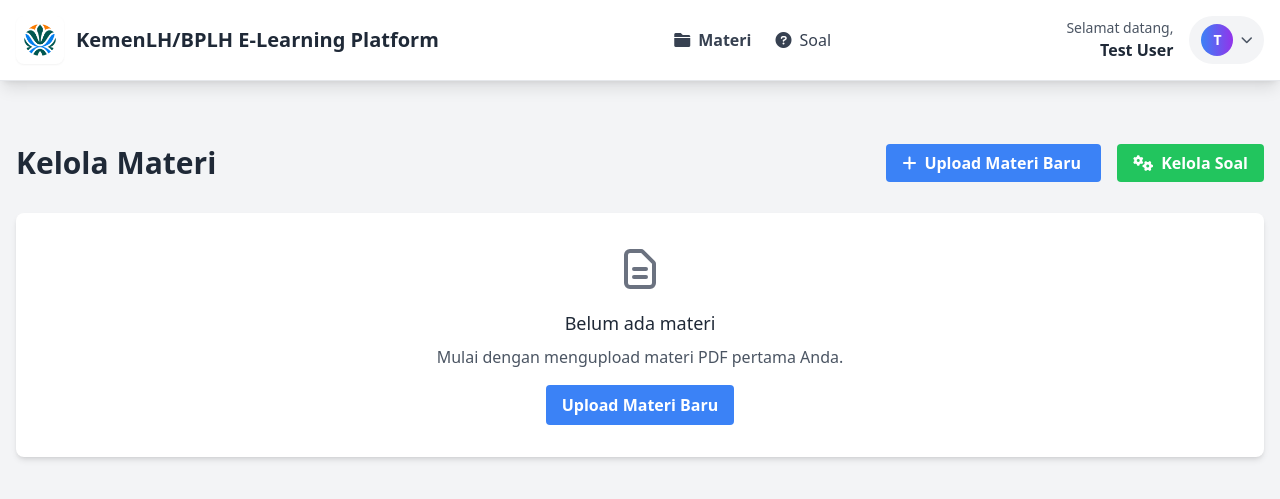
Repository: Autofat/LMS-MOOC
Page: http://localhost/materials
The author's editor kept a copy of each file at every save. The page is drawn from the files as they stood at one save, then again after the next save.
The browser window is 1280 px wide. The pictures show the whole page.
Some web libraries are served in a nearby version. The page is served by the project's Laravel application, run on PHP 8.4 with Laravel 12. A made-up administrator, Test User (test@example.com), is signed in. Other server files are loaded and not shown. Queries for data that is not in the repository find no rows.

Above is the page before, as saved 2025-08-01 10:26:41.

### routes/web.php
<?php

use Illuminate\Support\Facades\Route;
use Illuminate\Support\Facades\Http;
use App\Http\Controllers\QuestionController;
use App\Http\Controllers\MaterialController;
use App\Http\Controllers\AuthController;

// Redirect root to login
Route::get('/', function () {
    return redirect()->route('login');
});

// Authentication Routes
Route::middleware('guest')->group(function () {
    Route::get('/login', [AuthController::class, 'showLoginForm'])->name('login');
    Route::post('/login', [AuthController::class, 'login']);
    Route::get('/register', [AuthController::class, 'showRegisterForm'])->name('register');
    Route::post('/register', [AuthController::class, 'register']);
});

Route::post('/logout', [AuthController::class, 'logout'])->name('logout')->middleware('auth');

// Protected Routes - Require Authentication
Route::middleware('auth')->group(function () {
    // Material Routes
    Route::get('/materials', [MaterialController::class, 'index'])->name('materials.index');
    Route::get('/materials/create', [MaterialController::class, 'create'])->name('materials.create');
    Route::post('/materials', [MaterialController::class, 'store'])->name('materials.store');
    Route::get('/materials/{id}', [MaterialController::class, 'show'])->name('materials.show');
    Route::get('/materials/{id}/edit', [MaterialController::class, 'edit'])->name('materials.edit');
    Route::put('/materials/{id}', [MaterialController::class, 'update'])->name('materials.update');
    Route::delete('/materials/{id}', [MaterialController::class, 'destroy'])->name('materials.destroy');
    Route::get('/materials/{id}/download', [MaterialController::class, 'download'])->name('materials.download');
    Route::get('/materials/{id}/questions', [MaterialController::class, 'questions'])->name('materials.questions');

    // Generate Questions with n8n
    Route::post('/materials/{id}/generate-questions', [MaterialController::class, 'generateQuestions'])->name('materials.generate-questions');
    Route::post('/materials/{id}/generate-questions-async', [MaterialController::class, 'generateQuestionsAsync'])->name('materials.generate-questions-async');
    Route::get('/materials/{id}/test-n8n', [MaterialController::class, 'testN8nConnection'])->name('materials.test-n8n');

    // Form Manual Input
    Route::get('/questions/create', [QuestionController::class, 'create'])->name('questions.create');
    Route::post('/questions', [QuestionController::class, 'store'])->name('questions.store');

    // Manage and Edit Questions
    Route::get('/questions/manage', [QuestionController::class, 'manage'])->name('questions.manage');
    Route::get('/questions/{id}/edit', [QuestionController::class, 'edit'])->name('questions.edit');
    Route::put('/questions/{id}', [QuestionController::class, 'update'])->name('questions.update');
    Route::delete('/questions/{id}', [QuestionController::class, 'destroy'])->name('questions.destroy');
});

// Debug route for testing n8n connection (protected)
Route::middleware('auth')->get('/test-n8n-connection', function () {
    try {
        $testData = [
            'action' => 'test_connection',
            'timestamp' => now()->toISOString(),
            'message' => 'Laravel connection test'
        ];

        $n8nUrl = env('N8N_GENERATE_QUESTIONS_URL', 'http://localhost:5678/webhook/generate-questions');

        $response = Http::timeout(120)
            ->retry(2, 100)
            ->withOptions([
                'verify' => false,
                'allow_redirects' => true,
                'http_errors' => false
            ])
            ->post($n8nUrl, $testData);

        return response()->json([
            'success' => true,
            'message' => 'n8n connection test completed',
            'url' => $n8nUrl,
            'request_data' => $testData,
            'response' => [
                'status' => $response->status(),
                'headers' => $response->headers(),
                'body' => $response->body(),
                'successful' => $response->successful()
            ]
        ]);

    } catch (\Exception $e) {
        return response()->json([
            'success' => false,
            'error' => $e->getMessage(),
            'error_class' => get_class($e)
        ], 500);
    }
})->name('test.n8n.connection');

### app/Models/Material.php
<?php

namespace App\Models;

use Illuminate\Database\Eloquent\Model;

class Material extends Model
{
    protected $fillable = [
        'title',
        'description',
        'file_path',
        'file_name',
        'file_size',
        'category',
        'is_active'
    ];

    protected $casts = [
        'is_active' => 'boolean',
    ];

    /**
     * Get the questions for this material.
     */
    public function questions()
    {
        return $this->hasMany(Question::class);
    }

    /**
     * Get file size in human readable format
     */
    public function getFileSizeHumanAttribute()
    {
        $bytes = $this->file_size;
        $units = ['B', 'KB', 'MB', 'GB'];

        for ($i = 0; $bytes > 1024 && $i < count($units) - 1; $i++) {
            $bytes /= 1024;
        }

        return round($bytes, 2) . ' ' . $units[$i];
    }
}

### app/Models/Question.php
<?php

namespace App\Models;

use Illuminate\Database\Eloquent\Model;

class Question extends Model
{
    protected $fillable = [
        'material_id',
        'question',
        'options',
        'answer',
        'explanation',
        'difficulty'
    ];

    protected $casts = [
        'options' => 'array',
    ];

    /**
     * Set difficulty to lowercase
     */
    public function setDifficultyAttribute($value)
    {
        $this->attributes['difficulty'] = $value ? strtolower($value) : null;
    }

    /**
     * Get difficulty with proper case
     */
    public function getDifficultyAttribute($value)
    {
        if (!$value) return null;

        // Capitalize first letter for display
        return ucfirst($value);
    }

    /**
     * Get the material that owns this question.
     */
    public function material()
    {
        return $this->belongsTo(Material::class);
    }
}

### resources/views/materials/index.blade.php
<!DOCTYPE html>
<html lang="en">

<head>
    <meta charset="UTF-8">
    <meta name="viewport" content="width=device-width, initial-scale=1.0">
    <title>Kelola Materi - Pembuatan Soal AI Generated KemenLH/BPLH</title>
    <script src="https://cdn.tailwindcss.com"></script>
    <!-- Font Awesome -->
    <link href="https://cdnjs.cloudflare.com/ajax/libs/font-awesome/6.0.0/css/all.min.css" rel="stylesheet">
</head>

<body class="bg-gray-100 min-h-screen">
    <!-- Include Navigation Bar -->
    @include('components.navbar')

    <div class="container mx-auto px-4 py-8">
        <div class="flex justify-between items-center mb-8">
            <h1 class="text-3xl font-bold text-gray-800">Kelola Materi</h1>
            <div class="space-x-4">
                <a href="{{ route('materials.create') }}"
                    class="bg-blue-500 hover:bg-blue-700 text-white font-bold py-2 px-4 rounded transition-colors">
                    <i class="fas fa-plus mr-2"></i>Upload Materi Baru
                </a>
                <a href="{{ route('questions.manage') }}"
                    class="bg-green-500 hover:bg-green-700 text-white font-bold py-2 px-4 rounded transition-colors">
                    <i class="fas fa-cogs mr-2"></i>Kelola Soal
                </a>
            </div>
        </div>

        @if ($materials->count() > 0)
            <div class="grid grid-cols-1 md:grid-cols-2 lg:grid-cols-3 gap-6">
                @foreach ($materials as $material)
                    <div class="bg-white rounded-lg shadow-md overflow-hidden hover:shadow-lg transition-shadow">
                        <div class="p-6">
                            <div class="flex items-center justify-between mb-4">
                                <h3 class="text-xl font-semibold text-gray-800 truncate">
                                    {{ $material->title }}
                                </h3>
                                @if ($material->category)
                                    <span class="bg-blue-100 text-blue-800 text-xs px-2 py-1 rounded-full">
                                        {{ $material->category }}
                                    </span>
                                @endif
                            </div>

                            @if ($material->description)
                                <p class="text-gray-600 text-sm mb-4 line-clamp-3">
                                    {{ $material->description }}
                                </p>
                            @endif

                            <div class="flex items-center text-sm text-gray-500 mb-4">
                                <svg class="w-4 h-4 mr-1" fill="none" stroke="currentColor" viewBox="0 0 24 24">
                                    <path stroke-linecap="round" stroke-linejoin="round" stroke-width="2"
                                        d="M9 12h6m-6 4h6m2 5H7a2 2 0 01-2-2V5a2 2 0 012-2h5.586a1 1 0 01.707.293l5.414 5.414a1 1 0 01.293.707V19a2 2 0 01-2 2z">
                                    </path>
                                </svg>
                                {{ $material->file_name }}
                            </div>

                            <div class="flex items-center justify-between text-sm text-gray-500 mb-4">
                                <span>{{ $material->file_size_human }}</span>
                                <span>{{ $material->questions_count }} soal</span>
                            </div>

                            <div class="text-xs text-gray-400 mb-4">
                                Upload: {{ $material->created_at->format('d M Y H:i') }}
                            </div>

                            <div class="flex space-x-2">
                                <a href="{{ route('materials.show', $material->id) }}"
                                    class="flex-1 bg-blue-500 hover:bg-blue-600 text-white text-center py-2 px-3 rounded text-sm">
                                    Detail
                                </a>
                                <a href="{{ route('materials.download', $material->id) }}"
                                    class="flex-1 bg-green-500 hover:bg-green-600 text-white text-center py-2 px-3 rounded text-sm">
                                    Download
                                </a>
                                <a href="{{ route('materials.edit', $material->id) }}"
                                    class="bg-yellow-500 hover:bg-yellow-600 text-white py-2 px-3 rounded text-sm">
                                    Edit
                                </a>
                                <form method="POST" action="{{ route('materials.destroy', $material->id) }}"
                                    onsubmit="return confirm('Yakin ingin menghapus materi ini?')" class="inline">
                                    @csrf
                                    @method('DELETE')
                                    <button type="submit"
                                        class="bg-red-500 hover:bg-red-600 text-white py-2 px-3 rounded text-sm">
                                        Hapus
                                    </button>
                                </form>
                            </div>
                        </div>
                    </div>
                @endforeach
            </div>
    </div>

    <!-- Pagination -->
    @if ($materials->hasPages())
        <div class="mt-8">
            {{ $materials->links() }}
        </div>
    @endif
@else
    <div class="bg-white shadow-md rounded-lg p-8 text-center">
        <div class="text-gray-500 mb-4">
            <svg class="mx-auto h-12 w-12" fill="none" viewBox="0 0 24 24" stroke="currentColor">
                <path stroke-linecap="round" stroke-linejoin="round" stroke-width="2"
                    d="M9 12h6m-6 4h6m2 5H7a2 2 0 01-2-2V5a2 2 0 012-2h5.586a1 1 0 01.707.293l5.414 5.414a1 1 0 01.293.707V19a2 2 0 01-2 2z" />
            </svg>
        </div>
        <h3 class="text-lg font-medium text-gray-800 mb-2">Belum ada materi</h3>
        <p class="text-gray-600 mb-4">Mulai dengan mengupload materi PDF pertama Anda.</p>

        <a href="{{ route('materials.create') }}"
            class="inline-block bg-blue-500 hover:bg-blue-700 text-white font-bold py-2 px-4 rounded">
            Upload Materi Baru
        </a>
    </div>
    @endif
    </div>
</body>

</html>

### resources/views/components/navbar.blade.php
<!-- Navigation Bar -->
<nav class="bg-white shadow-lg border-b border-gray-200 mb-8">
    <div class="container mx-auto px-4">
        <div class="flex justify-between items-center py-4">
            <!-- Logo/Brand -->
            <div class="flex items-center space-x-3">
                <div class="bg-white p-2 rounded-lg shadow-sm">
                    <img src="{{ asset('images/kemenlh-logo.png') }}" alt="KemenLH/BPLH Logo" class="w-8 h-8 object-contain">
                </div>
                <div>
                    <h1 class="text-xl font-bold text-gray-800">KemenLH/BPLH E-Learning Platform</h1>
                </div>
            </div>

            <!-- Navigation Links -->
            <div class="hidden md:flex items-center space-x-6">
                <a href="{{ route('materials.index') }}"
                   class="flex items-center space-x-2 text-gray-700 hover:text-blue-600 transition-colors {{ request()->routeIs('materials.*') ? 'text-blue-600 font-semibold' : '' }}">
                    <i class="fas fa-folder"></i>
                    <span>Materi</span>
                </a>
                <a href="{{ route('questions.manage') }}"
                   class="flex items-center space-x-2 text-gray-700 hover:text-blue-600 transition-colors {{ request()->routeIs('questions.*') ? 'text-blue-600 font-semibold' : '' }}">
                    <i class="fas fa-question-circle"></i>
                    <span>Soal</span>
                </a>
            </div>

            <!-- User Menu -->
            <div class="flex items-center space-x-4">
                <!-- Welcome Message -->
                <div class="hidden lg:block text-right">
                    <p class="text-sm text-gray-600">Selamat datang,</p>
                    <p class="font-semibold text-gray-800">{{ Auth::user()->name }}</p>
                </div>

                <!-- User Avatar -->
                <div class="relative">
                    <button id="userMenuButton" class="flex items-center space-x-2 bg-gray-100 hover:bg-gray-200 rounded-full px-3 py-2 transition-colors">
                        <div class="w-8 h-8 bg-gradient-to-r from-blue-500 to-purple-600 rounded-full flex items-center justify-center text-white font-semibold text-sm">
                            {{ strtoupper(substr(Auth::user()->name, 0, 1)) }}
                        </div>
                        <i class="fas fa-chevron-down text-gray-600 text-xs"></i>
                    </button>

                    <!-- Dropdown Menu -->
                    <div id="userDropdown" class="hidden absolute right-0 mt-2 w-48 bg-white border border-gray-200 rounded-lg shadow-lg z-50">
                        <div class="py-2">
                            <div class="px-4 py-2 border-b border-gray-100">
                                <p class="text-sm font-semibold text-gray-800">{{ Auth::user()->name }}</p>
                                <p class="text-xs text-gray-600">{{ Auth::user()->email }}</p>
                            </div>
                            <a href="{{ route('materials.index') }}" class="block px-4 py-2 text-sm text-gray-700 hover:bg-gray-100 transition-colors">
                                <i class="fas fa-folder mr-2"></i>Dashboard
                            </a>
                            <a href="{{ route('test.n8n.connection') }}" class="block px-4 py-2 text-sm text-gray-700 hover:bg-gray-100 transition-colors">
                                <i class="fas fa-plug mr-2"></i>Test n8n
                            </a>
                            <div class="border-t border-gray-100 mt-2 pt-2">
                                <form method="POST" action="{{ route('logout') }}" class="block">
                                    @csrf
                                    <button type="submit" class="w-full text-left px-4 py-2 text-sm text-red-600 hover:bg-red-50 transition-colors">
                                        <i class="fas fa-sign-out-alt mr-2"></i>Logout
                                    </button>
                                </form>
                            </div>
                        </div>
                    </div>
                </div>
            </div>

            <!-- Mobile Menu Button -->
            <div class="md:hidden">
                <button id="mobileMenuButton" class="text-gray-700 hover:text-blue-600 transition-colors">
                    <i class="fas fa-bars text-xl"></i>
                </button>
            </div>
        </div>

        <!-- Mobile Menu -->
        <div id="mobileMenu" class="hidden md:hidden border-t border-gray-200 py-4">
            <div class="space-y-2">
                <a href="{{ route('materials.index') }}" class="block py-2 text-gray-700 hover:text-blue-600 transition-colors {{ request()->routeIs('materials.*') ? 'text-blue-600 font-semibold' : '' }}">
                    <i class="fas fa-folder mr-2"></i>Materi
                </a>
                <a href="{{ route('questions.manage') }}" class="block py-2 text-gray-700 hover:text-blue-600 transition-colors {{ request()->routeIs('questions.*') ? 'text-blue-600 font-semibold' : '' }}">
                    <i class="fas fa-question-circle mr-2"></i>Soal
                </a>
                <a href="{{ route('test.n8n.connection') }}" class="block py-2 text-gray-700 hover:text-blue-600 transition-colors">
                    <i class="fas fa-plug mr-2"></i>Test n8n
                </a>
                <div class="border-t border-gray-200 pt-2 mt-2">
                    <form method="POST" action="{{ route('logout') }}">
                        @csrf
                        <button type="submit" class="w-full text-left py-2 text-red-600 hover:text-red-800 transition-colors">
                            <i class="fas fa-sign-out-alt mr-2"></i>Logout
                        </button>
                    </form>
                </div>
            </div>
        </div>
    </div>
</nav>

<!-- Success/Error Messages -->
@if(session('success'))
    <div class="container mx-auto px-4 mb-6">
        <div class="bg-green-100 border border-green-400 text-green-700 px-4 py-3 rounded-lg shadow-sm">
            <div class="flex items-center">
                <i class="fas fa-check-circle mr-2"></i>
                {{ session('success') }}
            </div>
        </div>
    </div>
@endif

@if(session('error'))
    <div class="container mx-auto px-4 mb-6">
        <div class="bg-red-100 border border-red-400 text-red-700 px-4 py-3 rounded-lg shadow-sm">
            <div class="flex items-center">
                <i class="fas fa-exclamation-circle mr-2"></i>
                {{ session('error') }}
            </div>
        </div>
    </div>
@endif

@if(session('info'))
    <div class="container mx-auto px-4 mb-6">
        <div class="bg-blue-100 border border-blue-400 text-blue-700 px-4 py-3 rounded-lg shadow-sm">
            <div class="flex items-center">
                <i class="fas fa-info-circle mr-2"></i>
                {{ session('info') }}
            </div>
        </div>
    </div>
@endif

<script>
document.addEventListener('DOMContentLoaded', function() {
    // User menu dropdown
    const userMenuButton = document.getElementById('userMenuButton');
    const userDropdown = document.getElementById('userDropdown');

    userMenuButton.addEventListener('click', function() {
        userDropdown.classList.toggle('hidden');
    });

    // Close dropdown when clicking outside
    document.addEventListener('click', function(event) {
        if (!userMenuButton.contains(event.target) && !userDropdown.contains(event.target)) {
            userDropdown.classList.add('hidden');
        }
    });

    // Mobile menu
    const mobileMenuButton = document.getElementById('mobileMenuButton');
    const mobileMenu = document.getElementById('mobileMenu');

    mobileMenuButton.addEventListener('click', function() {
        mobileMenu.classList.toggle('hidden');
    });
});
</script>

Loaded but not shown: app/Models/User.php (common file); app/Http/Controllers/Controller.php (common file); app/Http/Controllers/MaterialController.php (772 lines, source omitted)

After the next save:
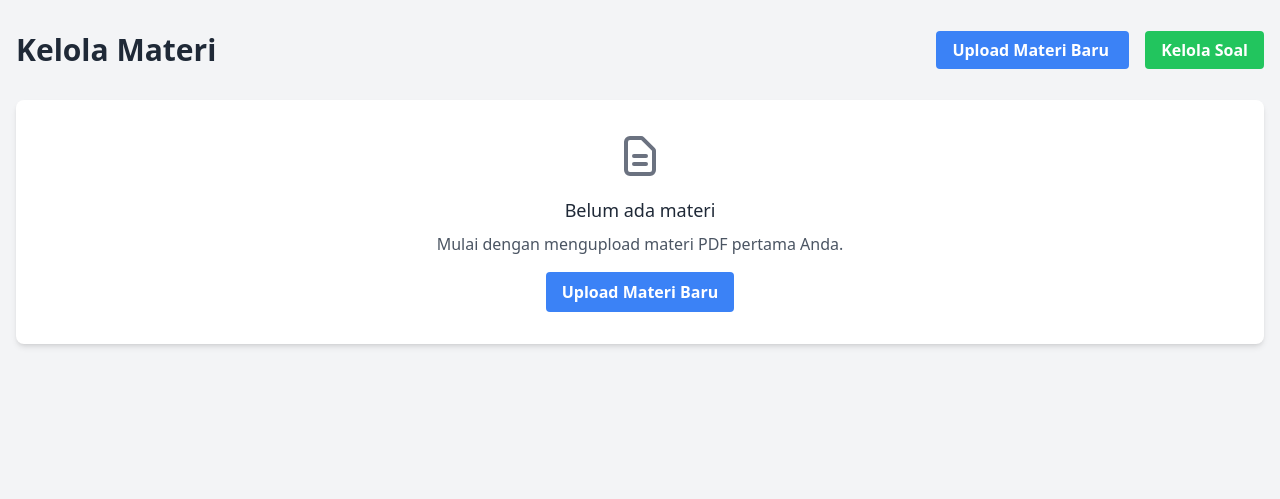
Saved 17 s later.
--- a/resources/views/materials/index.blade.php
+++ b/resources/views/materials/index.blade.php
@@ -4,45 +4,47 @@
 <head>
     <meta charset="UTF-8">
     <meta name="viewport" content="width=device-width, initial-scale=1.0">
-    <title>Kelola Materi - Pembuatan Soal AI Generated KemenLH/BPLH</title>
+    <title>Kelola Materi</title>
     <script src="https://cdn.tailwindcss.com"></script>
-    <!-- Font Awesome -->
-    <link href="https://cdnjs.cloudflare.com/ajax/libs/font-awesome/6.0.0/css/all.min.css" rel="stylesheet">
 </head>
 
 <body class="bg-gray-100 min-h-screen">
-    <!-- Include Navigation Bar -->
-    @include('components.navbar')
-
     <div class="container mx-auto px-4 py-8">
         <div class="flex justify-between items-center mb-8">
             <h1 class="text-3xl font-bold text-gray-800">Kelola Materi</h1>
             <div class="space-x-4">
                 <a href="{{ route('materials.create') }}"
-                    class="bg-blue-500 hover:bg-blue-700 text-white font-bold py-2 px-4 rounded transition-colors">
-                    <i class="fas fa-plus mr-2"></i>Upload Materi Baru
+                    class="bg-blue-500 hover:bg-blue-700 text-white font-bold py-2 px-4 rounded">
+                    Upload Materi Baru
                 </a>
                 <a href="{{ route('questions.manage') }}"
-                    class="bg-green-500 hover:bg-green-700 text-white font-bold py-2 px-4 rounded transition-colors">
-                    <i class="fas fa-cogs mr-2"></i>Kelola Soal
+                    class="bg-green-500 hover:bg-green-700 text-white font-bold py-2 px-4 rounded">
+                    Kelola Soal
                 </a>
             </div>
         </div>
+
+        @if (session('success'))
+            <div class="bg-green-100 border border-green-400 text-green-700 px-4 py-3 rounded mb-6">
+                {{ session('success') }}
+            </div>
+        @endif
+
+        @if (session('error'))
+            <div class="bg-red-100 border border-red-400 text-red-700 px-4 py-3 rounded mb-6">
+                {{ session('error') }}
+            </div>
+        @endif
 
         @if ($materials->count() > 0)
             <div class="grid grid-cols-1 md:grid-cols-2 lg:grid-cols-3 gap-6">
                 @foreach ($materials as $material)
                     <div class="bg-white rounded-lg shadow-md overflow-hidden hover:shadow-lg transition-shadow">
                         <div class="p-6">
-                            <div class="flex items-center justify-between mb-4">
+                            <div class="mb-4">
                                 <h3 class="text-xl font-semibold text-gray-800 truncate">
                                     {{ $material->title }}
                                 </h3>
-                                @if ($material->category)
-                                    <span class="bg-blue-100 text-blue-800 text-xs px-2 py-1 rounded-full">
-                                        {{ $material->category }}
-                                    </span>
-                                @endif
                             </div>
 
                             @if ($material->description)
